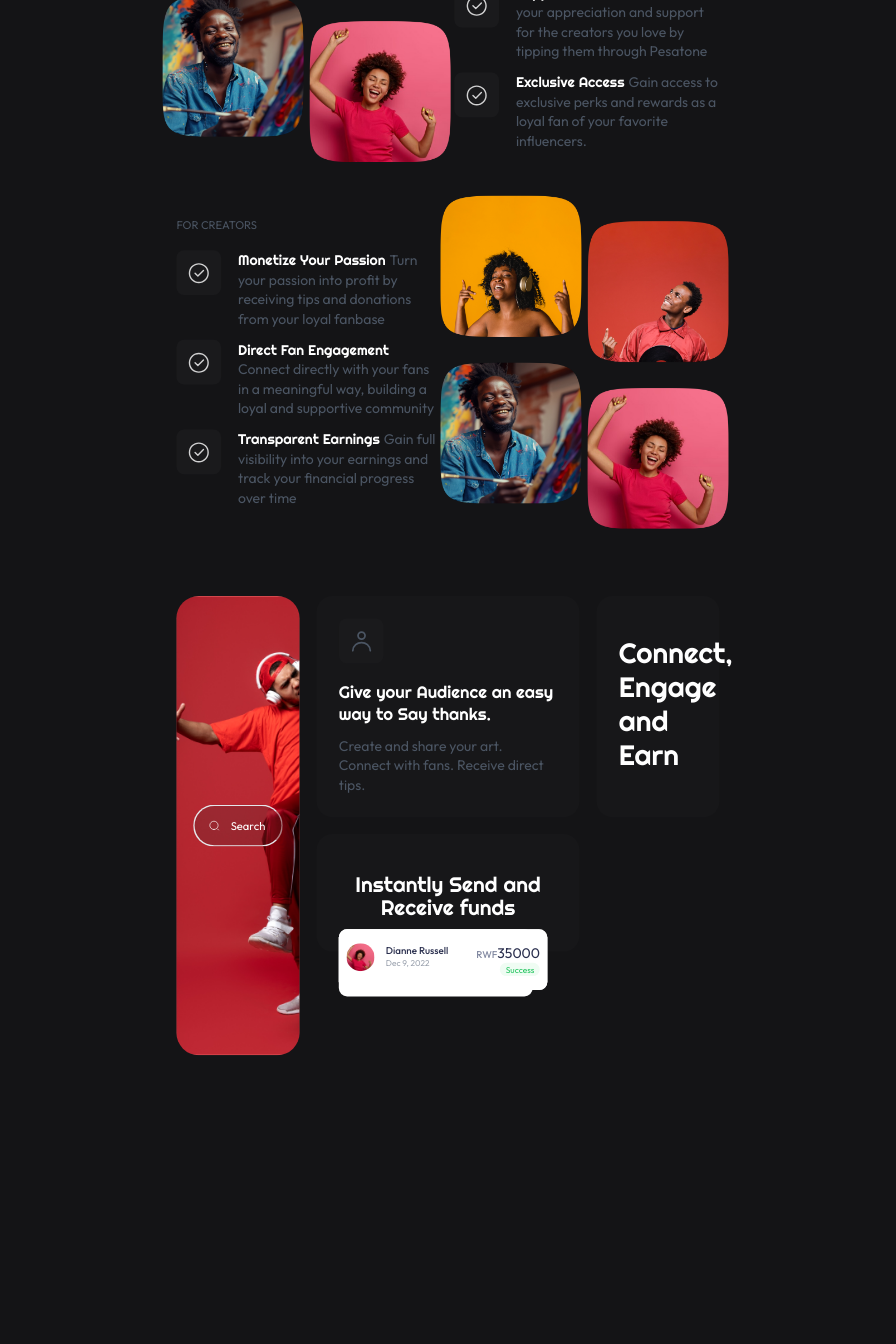
Repository: felixdusengimana/capstone-project-mirror
Page: / (app in frontend/)
The author's editor kept a copy of each file at every save. The page is drawn from the files as they stood at one save, then again after the next save.
The browser window is 1280 px wide. The pictures show the part of the page from y = 2169 to 4089 px (the page is 4089 px tall), at 70% of full size.
The project was rebuilt for these pictures with package versions that can differ from the ones it lists, and the page was loaded fresh each time. The framework's server and built-in components were replaced by stand-ins that run in the browser. Also part of the build but not shown: frontend/next.config.mjs.

Above is the page before, as saved 2024-03-11 17:12:24.

After the next save:
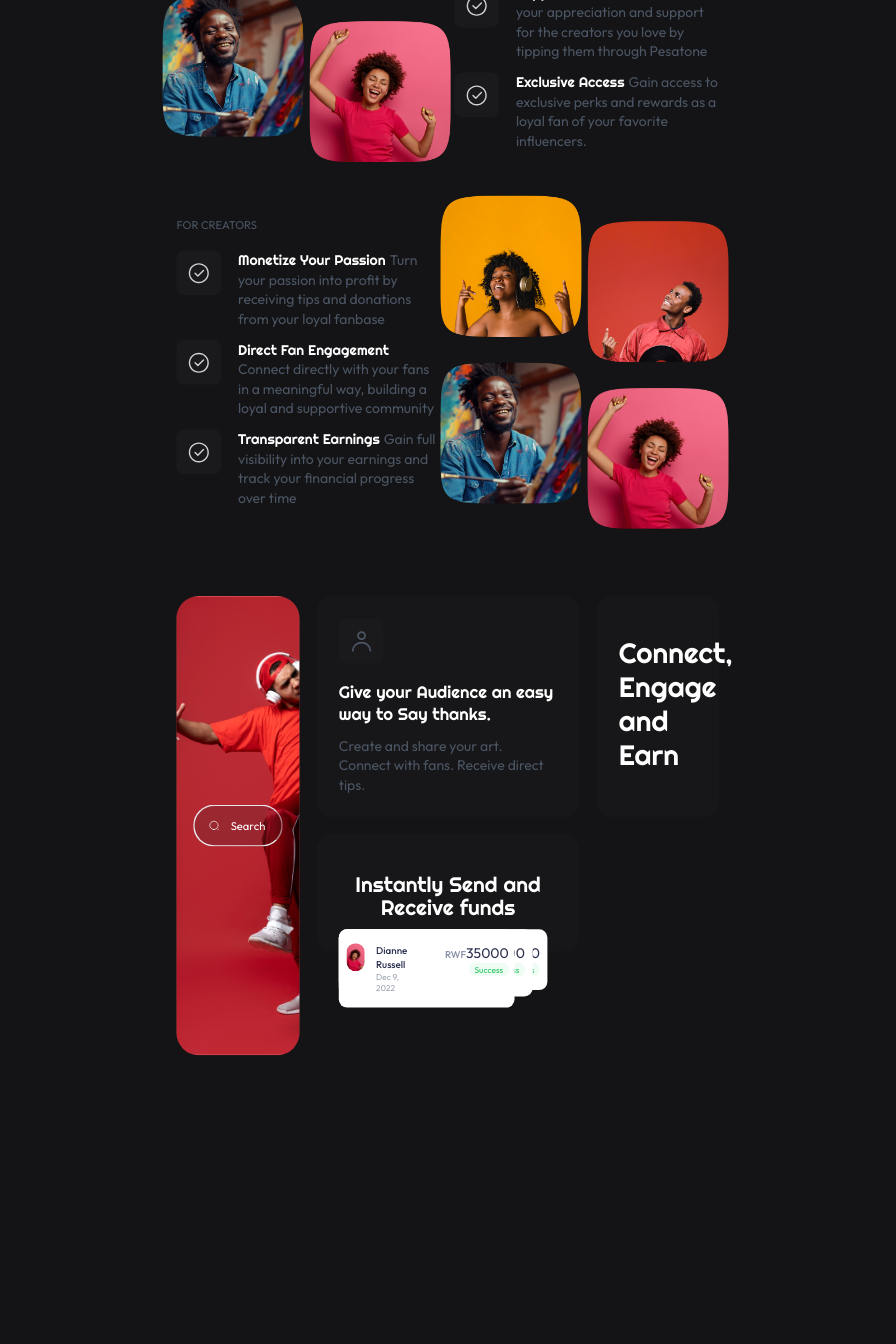
Saved 16 s later.
--- a/frontend/app/page.tsx
+++ b/frontend/app/page.tsx
@@ -207,7 +207,7 @@ export default function page() {
                   amount={35000}
                 />
                 <Transaction
-                  className="absolute bg-[#404045]"
+                  className="absolute max-w-[251px] bg-[#404045]"
                   currency="RWF"
                   status="completed"
                   date={"Dec 9, 2022"}
